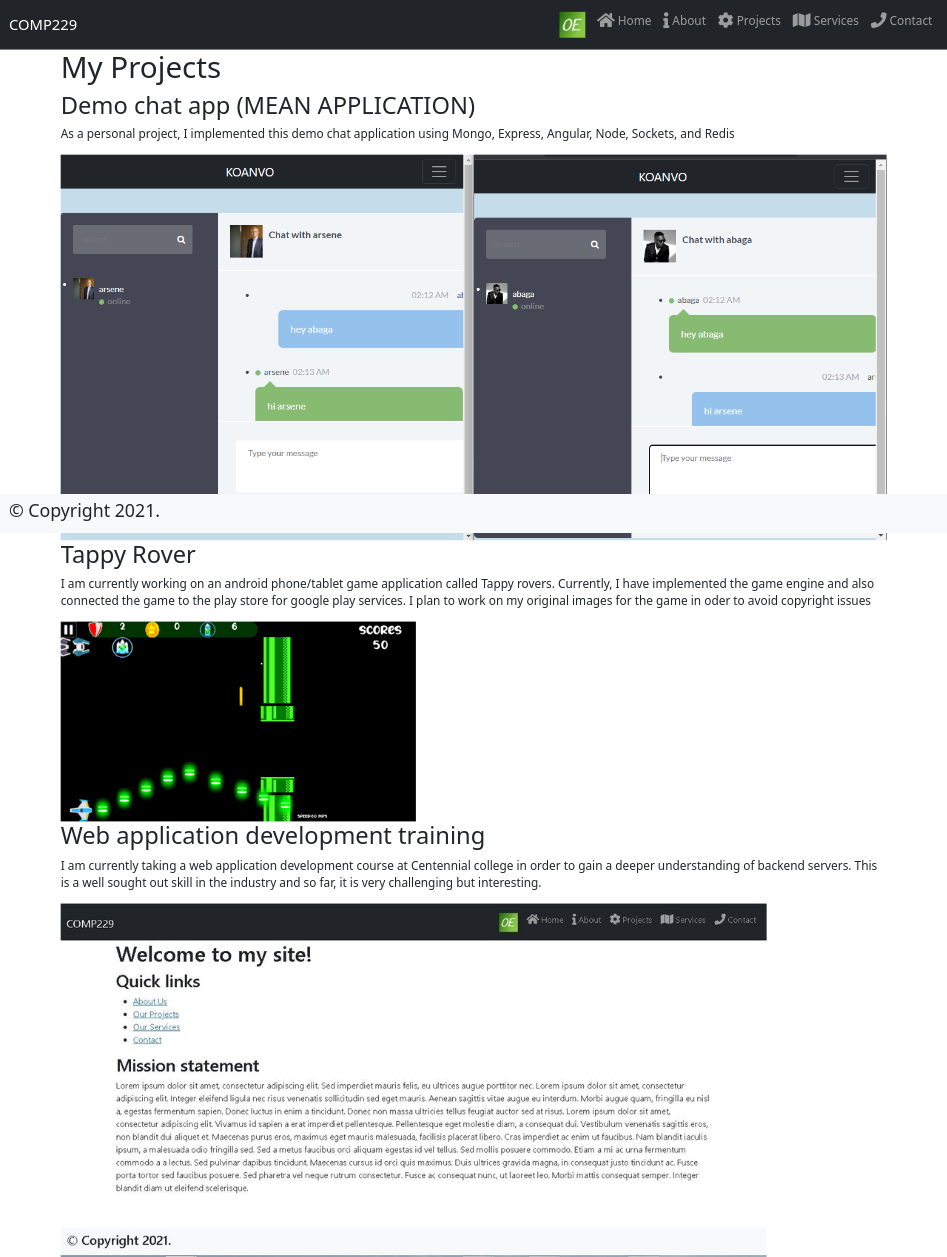
Repository: ofovweewere/Career-Portfolio
Page: http://localhost/projects
The author's editor kept a copy of each file at every save. The page is drawn from the files as they stood at one save, then again after the next save.
The browser window is 1280 px wide. The pictures show the whole page, at 74% of full size.
The page is served by the project's Node server (index.js).

Above is the page before, as saved 2022-04-14 02:18:38.

After the next save:
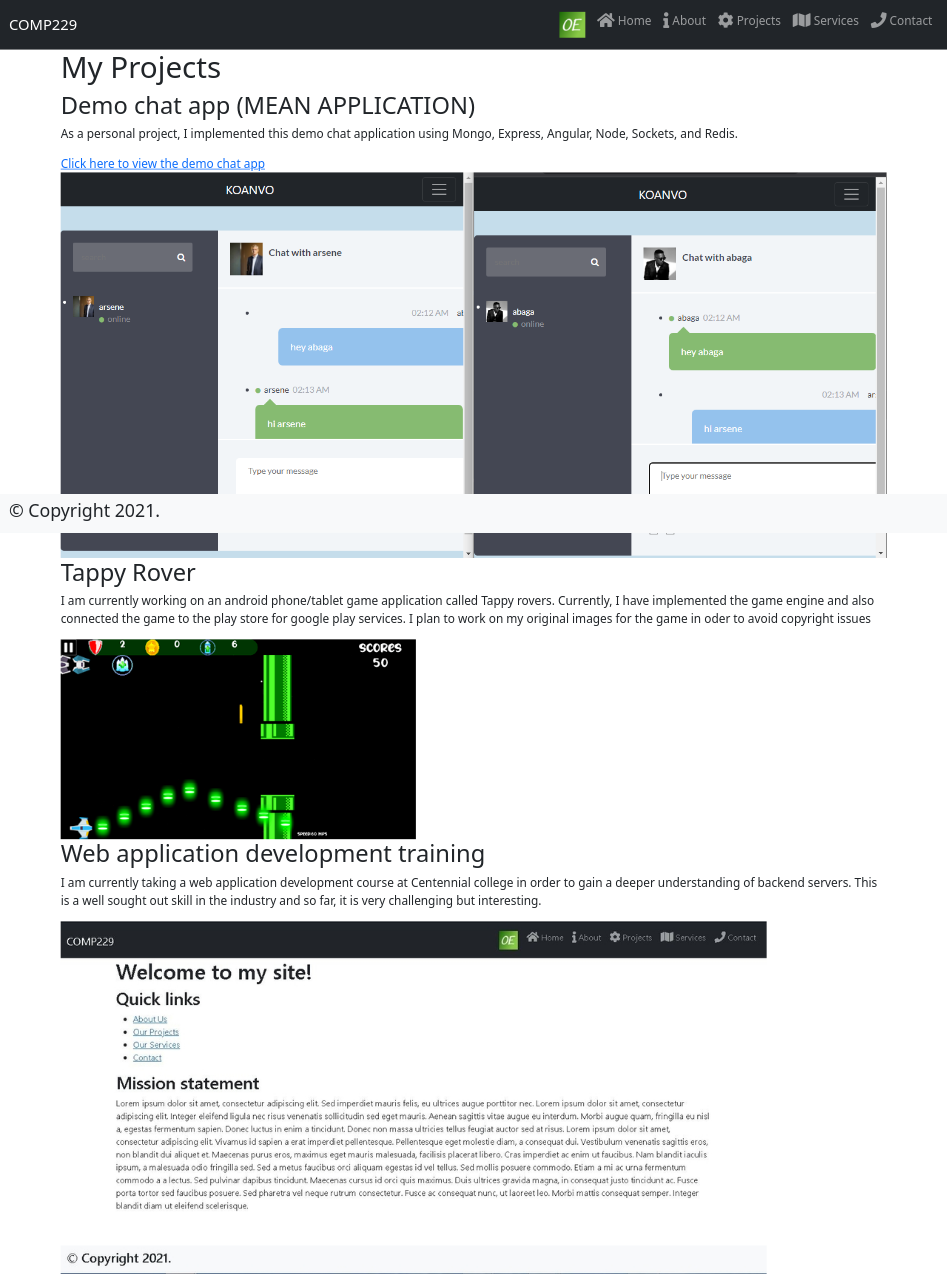
Saved 118 s later.
--- a/Server/Views/content/projects.ejs
+++ b/Server/Views/content/projects.ejs
@@ -6,7 +6,9 @@
 <div class="container">
     <h1>My Projects</h1>
     <h2>Demo chat app (MEAN APPLICATION)</h2>
-    <p>As a personal project, I implemented this demo chat application using Mongo, Express, Angular, Node, Sockets, and Redis</p>
+    <p>As a personal project, I implemented this demo chat application using Mongo, Express, Angular, Node, Sockets, and Redis.
+    </p>
+    <a href="">Click here to view the demo chat app</a>
     <div><img img src="Assets/images/chatApp.png" style="width:100%;"></div>
 
     <h2>Tappy Rover</h2>
